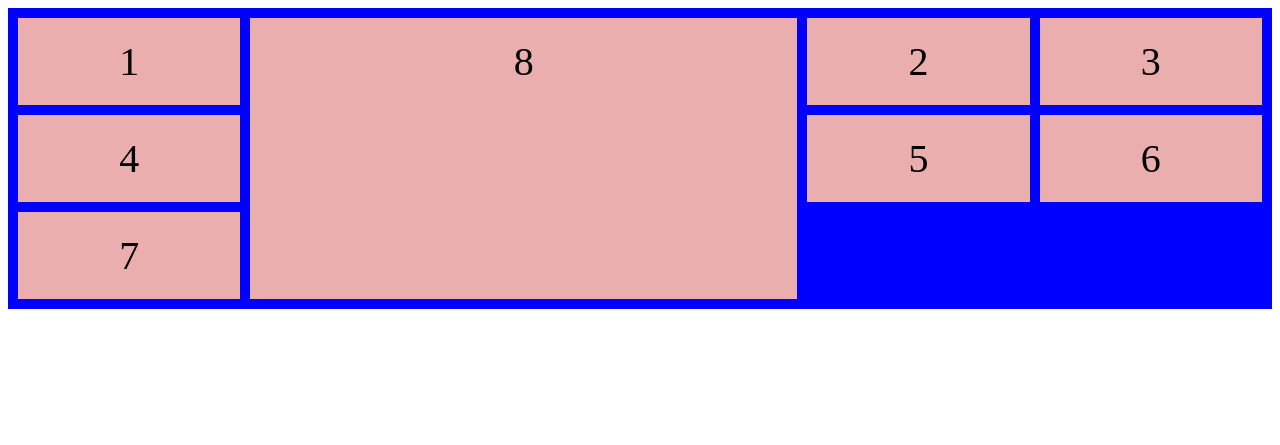
Repository: Thonghehe/Lab2_Web106
Page: Buoi2/index24.html
These files come from the project's save history. The page is drawn as it stood at one moment and after the next save; the edit follows.
The browser window is 1280 px wide. The pictures show the whole page.

Above is the page before, as saved 2024-03-09 17:17:55.

After the next save:
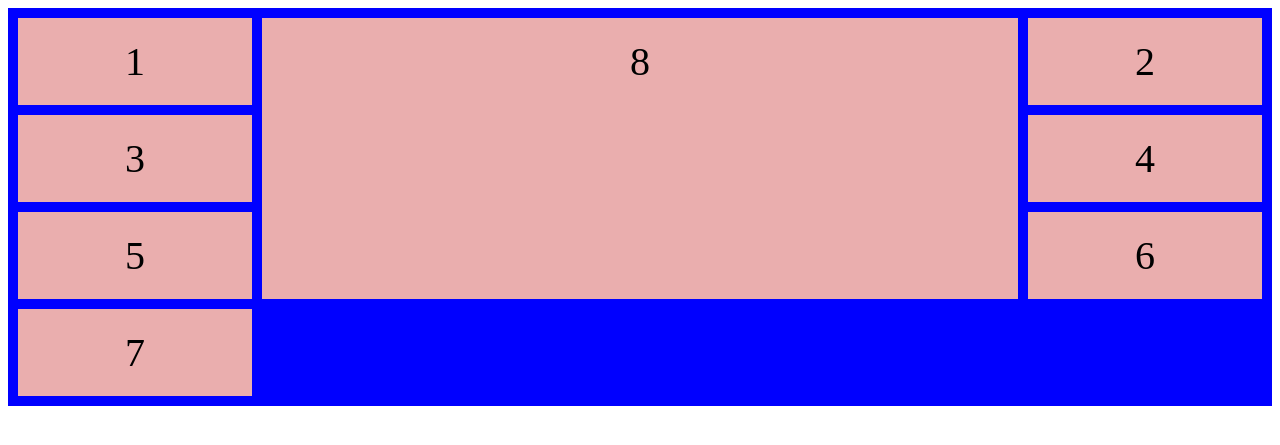
Saved 9 s later.
--- a/Buoi2/index24.html
+++ b/Buoi2/index24.html
@@ -22,7 +22,7 @@
         }
 
         .item8 {
-            grid-area: 1 / 2 / 4 / 5;
+            grid-area: 1 / 2 / 4 / 6;
         }
     </style>
 </head>
